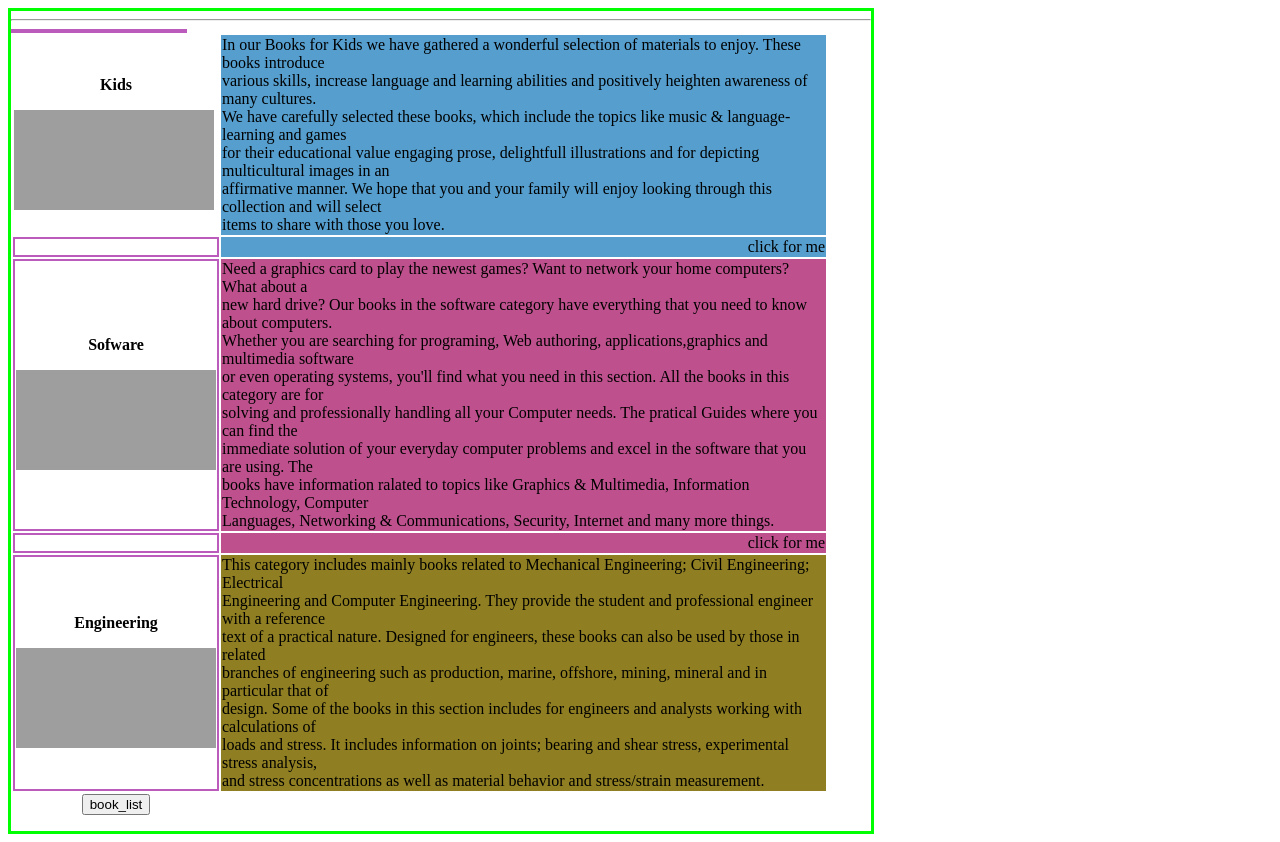
Repository: Helianthusss/Learn-CPP
Page: HTML/lap2/bai4/bai4.html
The author's editor kept a copy of each file at every save. The page is drawn from the files as they stood at one save, then again after the next save.
The browser window is 1280 px wide. The pictures show the whole page.
Pictures or frames that could not be fetched are drawn as grey boxes.

Above is the page before, as saved 2021-10-09 22:41:53.

### HTML/lap2/bai4/bai4.html
<!DOCTYPE html>
<html lang="en">
  <head>
    <meta charset="UTF-8" />
    <meta http-equiv="X-UA-Compatible" content="IE=edge" />
    <meta name="viewport" content="width=device-width, initial-scale=1.0" />
    <link rel="stylesheet" href="style.css" />
    <title>Document</title>
  </head>
  <body>
    <hr />
    <table style="width: 95%">
    <div class="sen1">
    <tr>
      <th>
        <p>Kids</p>
        <img
          class="img"
          src="https://image.freepik.com/free-vector/children-day-draw-icon-collection_23-2147527765.jpg"
          alt="Kids"
          width="200"
          height="100"
          align="left"
        />
      </th>
    </div>
      <td style="background-color:rgb(85, 158, 206)">
        In our Books for Kids we have gathered a wonderful selection of
        materials to enjoy. These books introduce<br />
        various skills, increase language and learning abilities and positively
        heighten awareness of many cultures.<br />
        We have carefully selected these books, which include the topics like
        music & language-learning and games<br />
        for their educational value engaging prose, delightfull illustrations
        and for depicting multicultural images in an<br />
        affirmative manner. We hope that you and your family will enjoy looking
        through this collection and will select<br />
        items to share with those you love.
      </td>
    </tr>
    <tr>
      <td style="border: 2px solid rgb(187, 91, 187)""></td>
      <td style="background-color:rgb(85, 158, 206);text-align: right">click for me</td>
    </tr>
    <tr>
      <th style="width: 20% ;border: 2px solid rgb(187, 91, 187)">
        <p>Sofware</p>
        <img
          class="img"
          src="https://khoaluantotnghiep.com/wp-content/uploads/2019/10/hinh-anh-quan-ly-nha-truong-2.jpg"
          alt="Sofware"
          width="200"
          height="100"
          align="left"
        />
      </th>
      <td style="background-color:rgb(190, 81, 141)">
        Need a graphics card to play the newest games? Want to network your home
        computers? What about a<br />
        new hard drive? Our books in the software category have everything that
        you need to know about computers.<br />
        Whether you are searching for programing, Web authoring,
        applications,graphics and multimedia software<br />
        or even operating systems, you'll find what you need in this section.
        All the books in this category are for<br />
        solving and professionally handling all your Computer needs. The
        pratical Guides where you can find the<br />
        immediate solution of your everyday computer problems and excel in the
        software that you are using. The<br />
        books have information ralated to topics like Graphics & Multimedia,
        Information Technology, Computer<br />
        Languages, Networking & Communications, Security, Internet and many more
        things.
      </td>
    </tr>
    <tr>
      <td style="border: 2px solid rgb(187, 91, 187)">
      </td>
      <td style="background-color:rgb(190, 81, 141);text-align: right">click for me</td>
    </tr>
    <tr>
    <th style="width: 20% ;border: 2px solid rgb(187, 91, 187)">
      <p>Engineering</p>
      <img
        class="img"
        src="https://www.du-hoc.net/wp-content/uploads/2018/06/vietnamese-engineer.jpg"
        alt="Engineers"
        width="200"
        height="100"
        align="left"
      />
    </th>
      <td style="background-color:rgb(143, 127, 34)">
        This category includes mainly books related to Mechanical Engineering;
        Civil Engineering; Electrical<br />
        Engineering and Computer Engineering. They provide the student and
        professional engineer with a reference<br />
        text of a practical nature. Designed for engineers, these books can also
        be used by those in related<br />
        branches of engineering such as production, marine, offshore, mining,
        mineral and in particular that of<br />
        design. Some of the books in this section includes for engineers and
        analysts working with calculations of<br />
        loads and stress. It includes information on joints; bearing and shear
        stress, experimental stress analysis,<br />
        and stress concentrations as well as material behavior and stress/strain
        measurement.
      </td>
    </tr>
    <th><input type="submit" value="book_list" style="text-align:left;"/></th>
    <table />
  </body>
</html>

### HTML/lap2/bai4/style.css
body {
  border: 3px solid #00ff00;
  width: 860px;
  height: 820px;
  overflow-x: scroll;
  overflow-y: scroll;
  .sen1{
    width: 20%;
    border: 2px solid rgb(187, 91, 187);
  }
}

.sen2{
    background-color:rgb(85, 158, 206)";
}

After the next save:
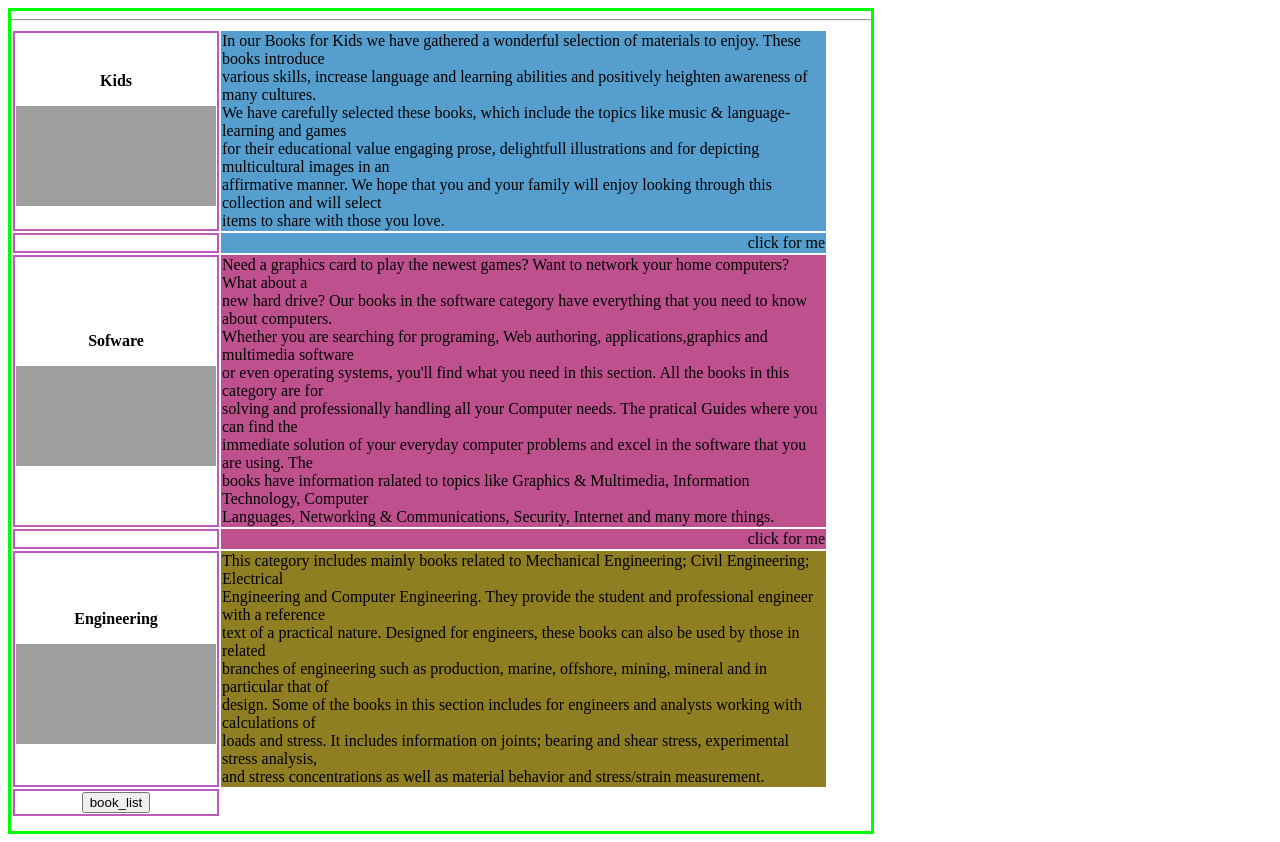
Saved 14 s later.
--- a/HTML/lap2/bai4/style.css
+++ b/HTML/lap2/bai4/style.css
@@ -4,12 +4,11 @@ body {
   height: 820px;
   overflow-x: scroll;
   overflow-y: scroll;
-  .sen1{
-    width: 20%;
-    border: 2px solid rgb(187, 91, 187);
-  }
 }
-
+th{
+  width: 20%;
+  border: 2px solid rgb(187, 91, 187);
+}
 .sen2{
     background-color:rgb(85, 158, 206)";
 }
